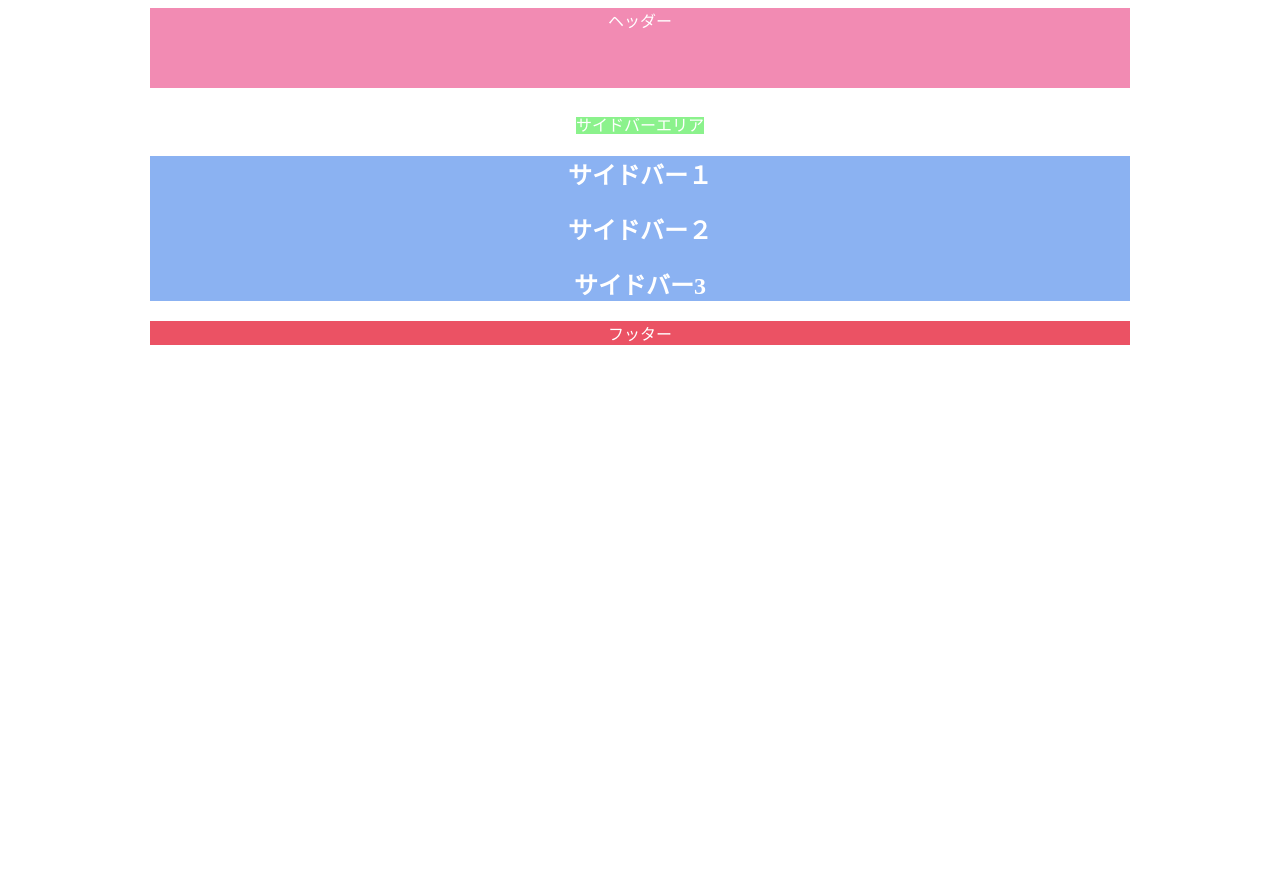
Repository: fukkatsuno-neda/samurai_HTML-CSS
Page: csspractice/practice.html
The author's editor kept a record of every edit. The page is drawn from the files as they stood at one moment, then again after the next edit.
The browser window is 1280 px wide. The pictures show the whole page.

Above is the page before.

After the next edit:
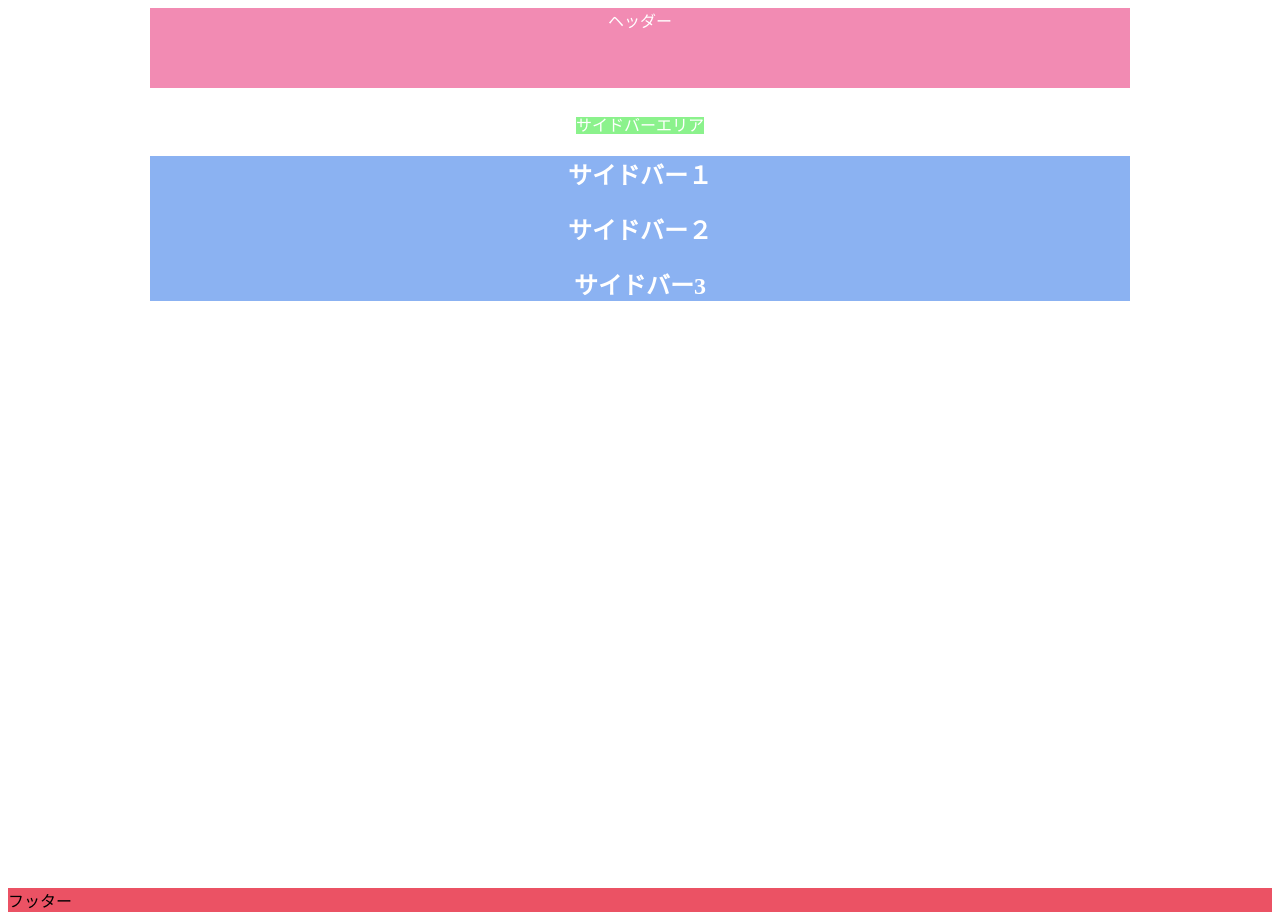
The edit:
--- a/csspractice/practice.html
+++ b/csspractice/practice.html
@@ -28,7 +28,8 @@
          <h2>サイドバー3</h2>
        </div>
     </div>
-  </side>
+    </side>
+  </main>
   <footer class="footer">
     フッター
   </footer>
